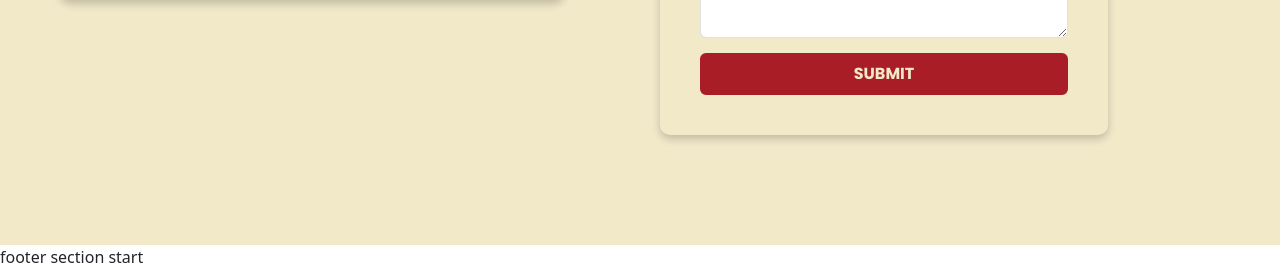
Repository: SharonSebastian32/Event-Management-System-
Page: index.html
The author's editor kept a copy of each file at every save. The page is drawn from the files as they stood at one save, then again after a run of saves.
The browser window is 1280 px wide. The pictures show the part of the page from y = 4756 to 5708 px (the page is 5025 px tall before and 5729 px after).
A picture or video elsewhere on the page could not be fetched, so the positions and the page height are approximate.

Above is the page before, as saved 2024-09-06 12:18:26.
Not found: assets/css/ContactUs.css

After the next 4 saves:
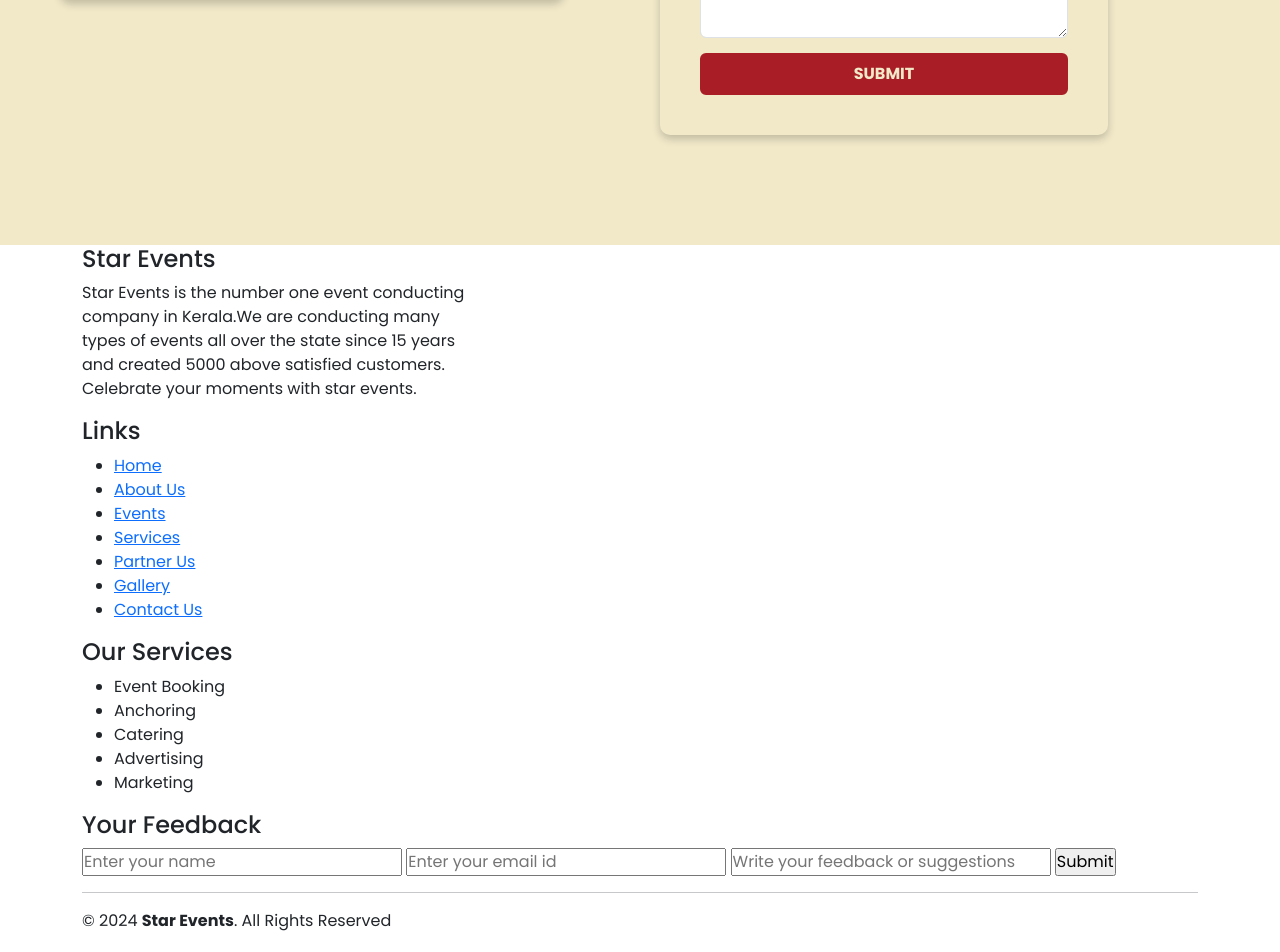
The 4 saves are shown as one change because they came seconds apart.
The last was saved 21 s later.
--- a/index.html
+++ b/index.html
@@ -205,7 +205,73 @@
 
 
 
-    footer section start
+    <!-- footer section start -->
+      <footer></footer>
+        <div class="container">
+            <div class="row">
+                <div class="footer-col">
+                    <h4>Star Events</h4>
+                    <p>Star Events is the number one event conducting <br>company in Kerala.We are conducting many <br>types of events all over the state since 15 years<br> and created 5000 above satisfied customers.<br>Celebrate your moments with star events.
+
+                    </p>
+
+                </div>
+
+                <div class="footer-col">
+                    <h4>Links</h4>
+                    <ul>
+                        <li><a href="">Home</a></li>
+                        <li><a href="">About Us</a></li>
+                        <li><a href="">Events</a></li>
+                        <li><a href="">Services</a></li>
+                        <li><a href="">Partner Us</a></li>
+                        <li><a href="">Gallery</a></li>
+                        <li><a href="">Contact Us</a></li>
+                    </ul>
+                </div>
+
+                <div class="footer-col">
+                    <h4>Our Services</h4>
+                    <ul>
+                        <li>Event Booking</li>
+                        <li>Anchoring</li>
+                        <li>Catering</li>
+                        <li>Advertising</li>
+                        <li>Marketing</li>
+
+                    </ul>
+                </div>
+
+                <div class="footer-col">
+                    <h4>Your Feedback</h4>
+                    <form action="">
+                        <input type="text" placeholder="Enter your name" class="inputname">
+                        <input type="email" placeholder="Enter your email id" class="inputemail">
+                        <input type="text" placeholder="Write your feedback or suggestions" class="inputfs">
+                        <input type="submit" value="Submit" class="inputSubmit">
+                    </form>
+
+                </div>
+            </div>
+            <hr>
+            <div class="row">
+                <div class="col">
+                    <p>&#169;&nbsp;2024 <b>Star Events</b>. All Rights Reserved</p>
+                </div>
+
+                <div class="socialIcons">
+                    <a href=""><i class="fa-brands fa-facebook"></i></a>
+                    <a href=""><i class="fa-brands fa-instagram"></i></a>
+                    <a href=""><i class="fa-brands fa-twitter"></i></a>
+                    <a href=""><i class="fa-brands fa-youtube"></i></a>
+                    <a href=""><i class="fa-brands fa-whatsapp"></i></a>
+
+
+                </div>
+            </div>
+        </div>
+    </footer>
+    <!-- footer setcion section end -->
 
     <script src="./Js/Scripts.js"></script>
     <script src="https://cdn.jsdelivr.net/npm/bootstrap@5.3.0/dist/js/bootstrap.bundle.min.js"></script>
